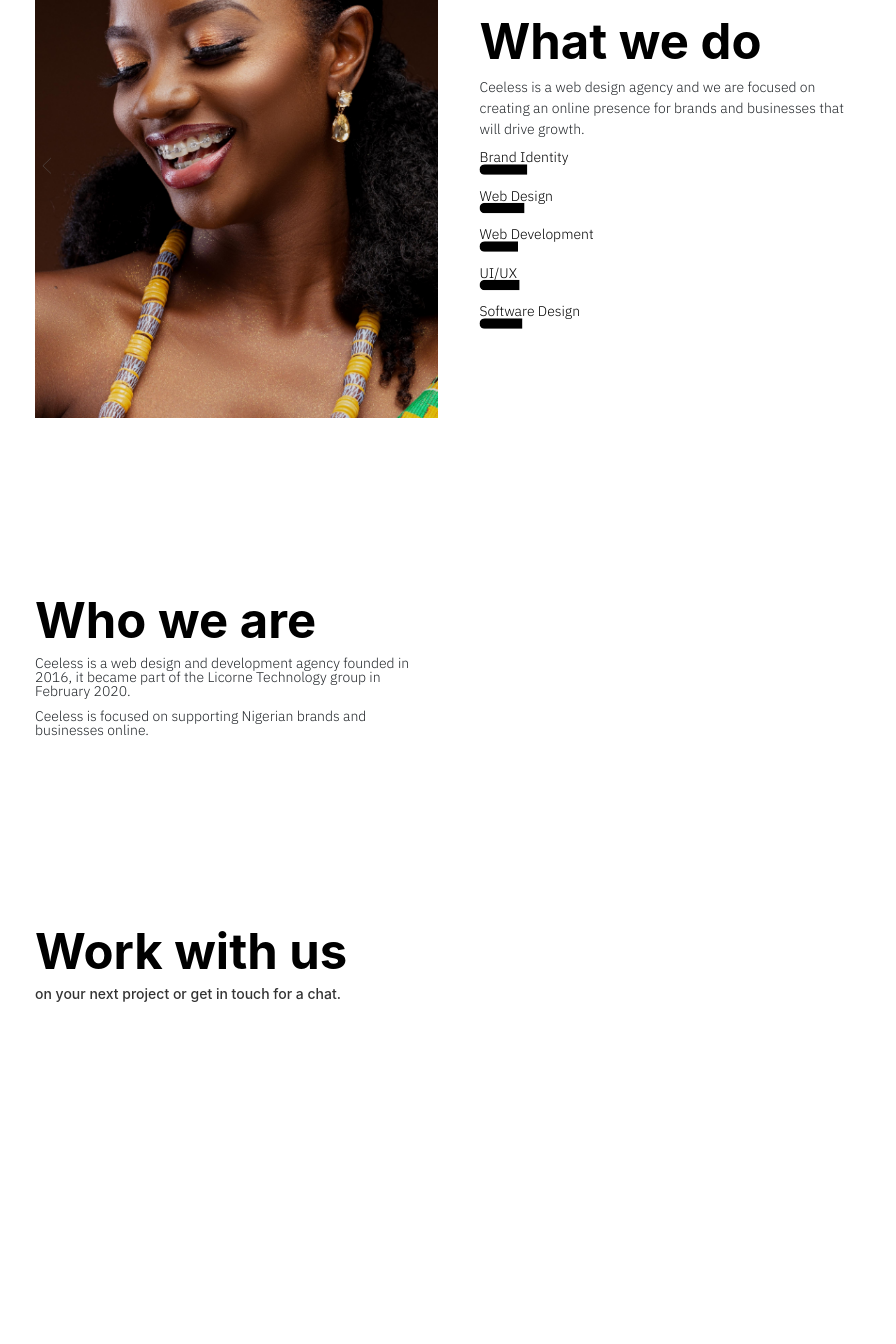
Repository: Licorne-Technologies/Ceeless-v2
Page: index.html
An editor plug-in stored every save of this project. The page is shown before and after the next save, followed by the edit.
The browser window is 1280 px wide. The pictures show the part of the page from y = 934 to 2854 px (the page is 3037 px tall), at 70% of full size.
Some web libraries are served in a nearby version. The style sheet was rebuilt from its Sass, Less or Tailwind sources for each picture, by a compiler version that may differ from the author's.

Above is the page before, as saved 2020-06-15 13:34:15.

After the next save:
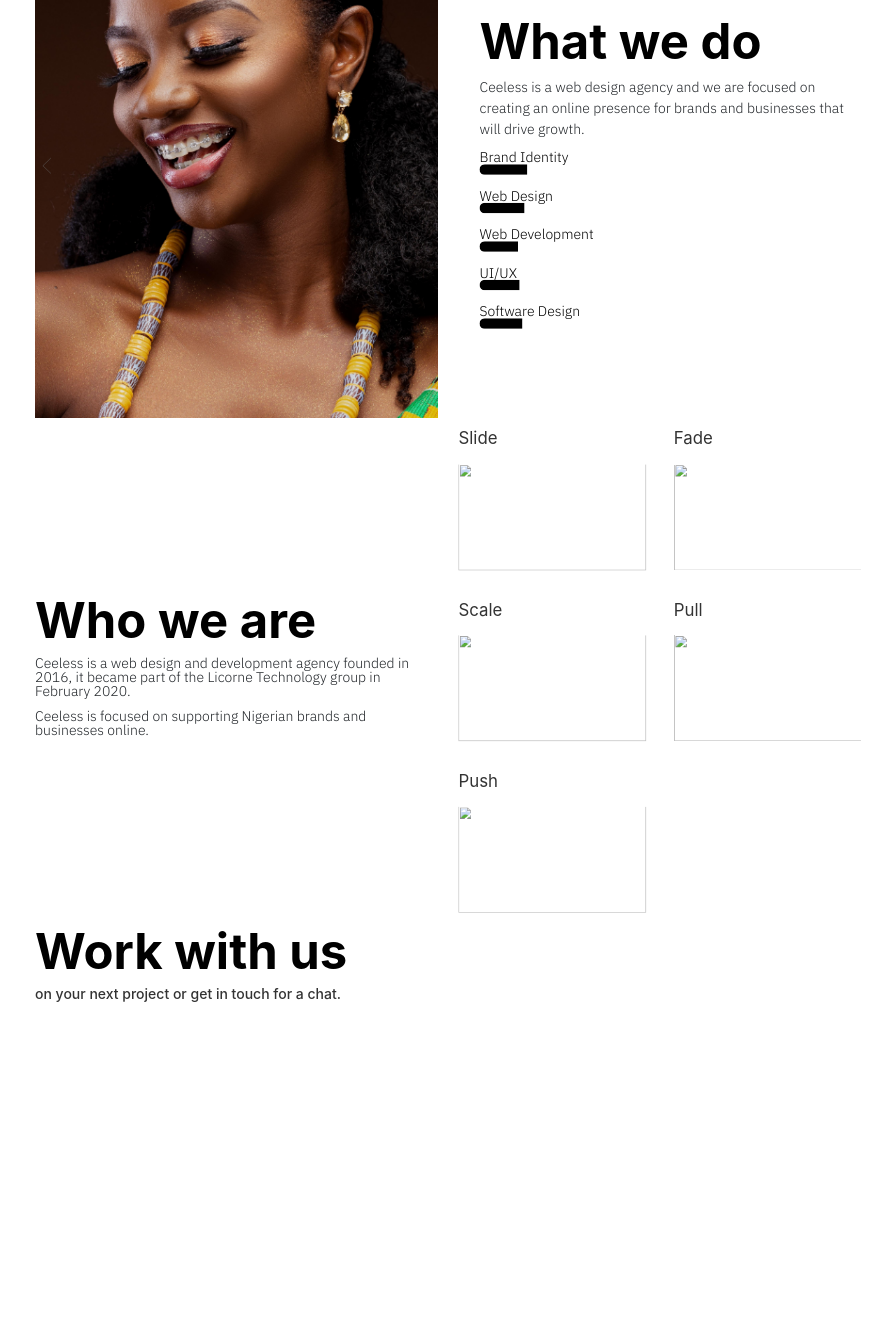
Not found: images/dark.jpg
Not found: images/light.jpg
Not found: images/photo.jpg
Saved 2 min 4 s later.
--- a/index.html
+++ b/index.html
@@ -154,7 +154,128 @@
             </div>
             <div class="col">
                 <div class="teamGallery">
-
+                    <div class="uk-child-width-1-2@m" uk-grid>
+    <div>
+
+        <div class="uk-h3">Slide</div>
+
+        <div class="uk-position-relative uk-visible-toggle uk-light" tabindex="-1" uk-slideshow>
+
+            <ul class="uk-slideshow-items">
+                <li>
+                    <img src="images/photo.jpg" alt="" uk-cover>
+                </li>
+                <li>
+                    <img src="images/dark.jpg" alt="" uk-cover>
+                </li>
+                <li>
+                    <img src="images/light.jpg" alt="" uk-cover>
+                </li>
+            </ul>
+
+            <a class="uk-position-center-left uk-position-small uk-hidden-hover" href="#" uk-slidenav-previous uk-slideshow-item="previous"></a>
+            <a class="uk-position-center-right uk-position-small uk-hidden-hover" href="#" uk-slidenav-next uk-slideshow-item="next"></a>
+
+        </div>
+
+    </div>
+    <div>
+
+        <div class="uk-h3">Fade</div>
+
+        <div class="uk-position-relative uk-visible-toggle uk-light" tabindex="-1" uk-slideshow="animation: fade">
+
+            <ul class="uk-slideshow-items">
+                <li>
+                    <img src="images/photo.jpg" alt="" uk-cover>
+                </li>
+                <li>
+                    <img src="images/dark.jpg" alt="" uk-cover>
+                </li>
+                <li>
+                    <img src="images/light.jpg" alt="" uk-cover>
+                </li>
+            </ul>
+
+            <a class="uk-position-center-left uk-position-small uk-hidden-hover" href="#" uk-slidenav-previous uk-slideshow-item="previous"></a>
+            <a class="uk-position-center-right uk-position-small uk-hidden-hover" href="#" uk-slidenav-next uk-slideshow-item="next"></a>
+
+        </div>
+
+    </div>
+    <div>
+
+        <div class="uk-h3">Scale</div>
+
+        <div class="uk-position-relative uk-visible-toggle uk-light" tabindex="-1" uk-slideshow="animation: scale">
+
+            <ul class="uk-slideshow-items">
+                <li>
+                    <img src="images/photo.jpg" alt="" uk-cover>
+                </li>
+                <li>
+                    <img src="images/dark.jpg" alt="" uk-cover>
+                </li>
+                <li>
+                    <img src="images/light.jpg" alt="" uk-cover>
+                </li>
+            </ul>
+
+            <a class="uk-position-center-left uk-position-small uk-hidden-hover" href="#" uk-slidenav-previous uk-slideshow-item="previous"></a>
+            <a class="uk-position-center-right uk-position-small uk-hidden-hover" href="#" uk-slidenav-next uk-slideshow-item="next"></a>
+
+        </div>
+
+    </div>
+    <div>
+
+        <div class="uk-h3">Pull</div>
+
+        <div class="uk-position-relative uk-visible-toggle uk-light" tabindex="-1" uk-slideshow="animation: pull">
+
+            <ul class="uk-slideshow-items">
+                <li>
+                    <img src="images/photo.jpg" alt="" uk-cover>
+                </li>
+                <li>
+                    <img src="images/dark.jpg" alt="" uk-cover>
+                </li>
+                <li>
+                    <img src="images/light.jpg" alt="" uk-cover>
+                </li>
+            </ul>
+
+            <a class="uk-position-center-left uk-position-small uk-hidden-hover" href="#" uk-slidenav-previous uk-slideshow-item="previous"></a>
+            <a class="uk-position-center-right uk-position-small uk-hidden-hover" href="#" uk-slidenav-next uk-slideshow-item="next"></a>
+
+        </div>
+
+    </div>
+    <div>
+
+        <div class="uk-h3">Push</div>
+
+        <div class="uk-position-relative uk-visible-toggle uk-light" tabindex="-1" uk-slideshow="animation: push">
+
+            <ul class="uk-slideshow-items">
+                <li>
+                    <img src="images/photo.jpg" alt="" uk-cover>
+                </li>
+                <li>
+                    <img src="images/dark.jpg" alt="" uk-cover>
+                </li>
+                <li>
+                    <img src="images/light.jpg" alt="" uk-cover>
+                </li>
+            </ul>
+
+            <a class="uk-position-center-left uk-position-small uk-hidden-hover" href="#" uk-slidenav-previous uk-slideshow-item="previous"></a>
+            <a class="uk-position-center-right uk-position-small uk-hidden-hover" href="#" uk-slidenav-next uk-slideshow-item="next"></a>
+
+        </div>
+
+    </div>
+</div>
                 </div>
             </div>
         </div>
